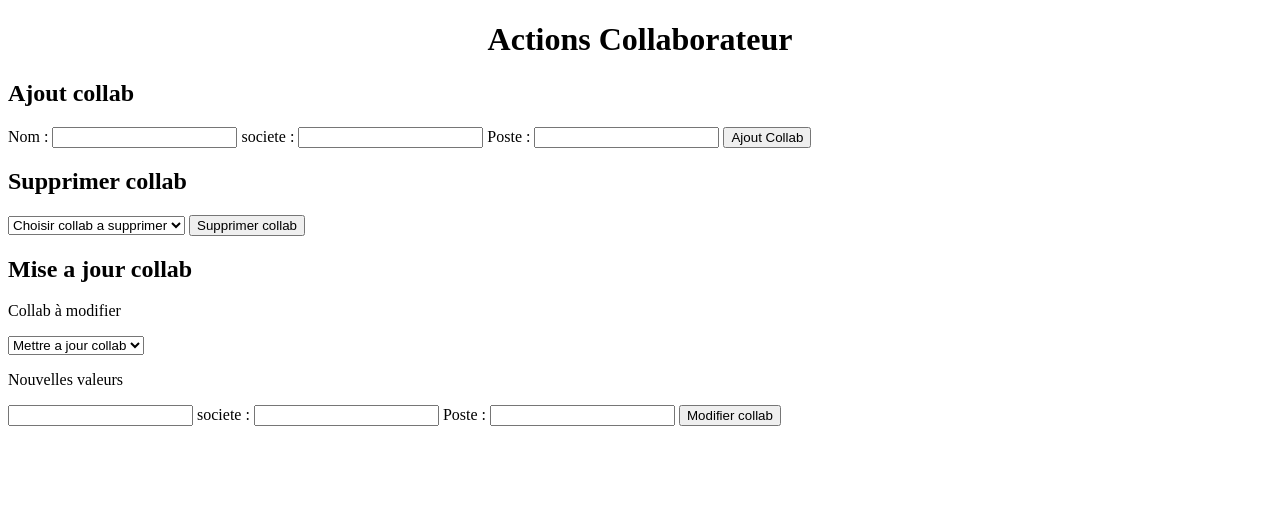
Repository: Shakibaei-2020/CRA_JEE_FINAL
Page: http://localhost/jee_crainfocom/WEB-INF/accueil.jsp
These files come from the project's save history. The page is drawn as it stood at one moment and after the next save; the edit follows.
The browser window is 1280 px wide. The pictures show the whole page.
The page is served by Tomcat 9. Nobody is signed in. Other server files are loaded and not shown. The template is opened directly, without the code that normally fills it, so the values that code supplies are empty.

Above is the page before, as saved 2021-03-25 14:17:10.

### CRA_JEE_FINAL/CRA_JEE_FINAL/jee_crainfocom/src/main/webapp/WEB-INF/accueil.jsp
<%@ page pageEncoding="UTF-8" %>
<%@ taglib uri="http://java.sun.com/jsp/jstl/core" prefix="c" %>
<!DOCTYPE html>
<html>
<head>
<meta charset="ISO-8859-1">
<title>Insert title here</title>
</head>
<body>
<center><h1>Actions Collaborateur</h1></center>

<h2>Ajout collab</h2>
 <form method="post" action="accueil">
            <label for="nomColl">Nom : </label>
            <input type="text" name="nomColl" id="nomColl" />

            <label for="societeColl">societe : </label>
            <input type="text" name="societeColl" id="societeColl" />

            <label for="posteColl">Poste : </label>
            <input type="text" name="posteColl" id="posteColl" />

            <input type="submit" value="Ajout Collab" />
        </form>

<c:if test="${ !empty nomColl }"><p><c:out value="Bonjour, vous vous appelez ${ nomColl } vous etes ${ posteColl }  chez ${ societeColl } " /></p></c:if>


 <h2>Supprimer collab</h2>

<form method="post" action="">
	<select name="pets" id="pet-select">
    	<option value="">Choisir collab a supprimer</option>
    	<option value="dog">Collab</option>
	</select>
<input type="submit" value="Supprimer collab" />
</form>


 <h2>Mise a jour collab</h2>
 <form method="post" action="">
 <p>Collab à modifier</p>
	<select name="pets" id="pet-select">
    	<option value="">Mettre a jour collab</option>
    	<option value="dog">Collab</option>
	</select>
	<p>Nouvelles valeurs</p>
	   <input type="text" name="nomColl" id="nomColl" />

            <label for="societeColl">societe : </label>
            <input type="text" name="societeColl" id="societeColl" />

            <label for="posteColl">Poste : </label>
            <input type="text" name="posteColl" id="posteColl" />


<input type="submit" value="Modifier collab" />
</form>








</body>
</html>

After the next save:
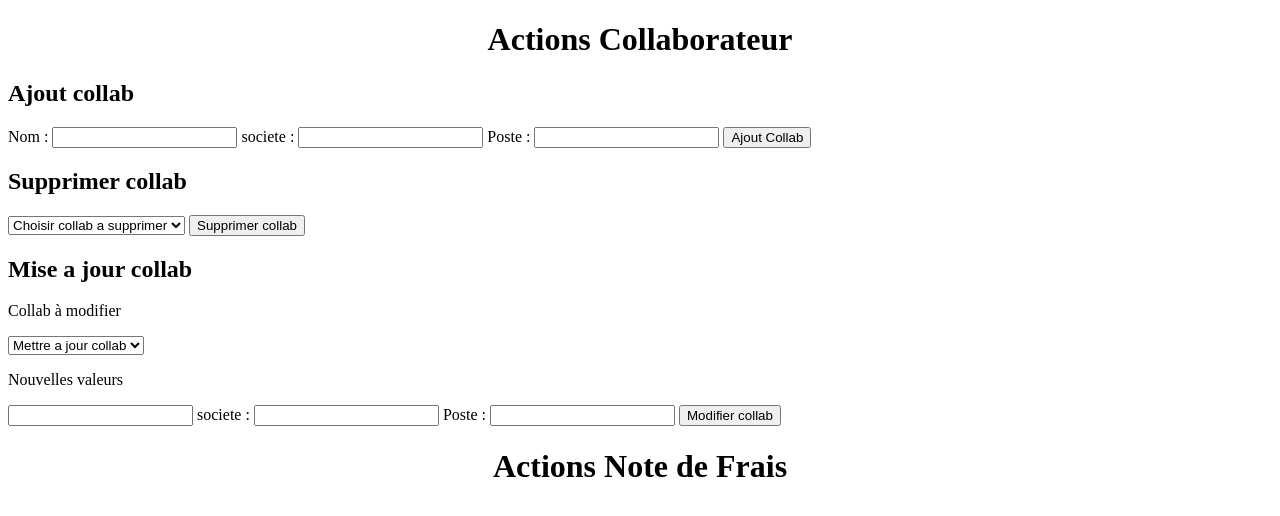
Saved 24 s later.
--- a/CRA_JEE_FINAL/CRA_JEE_FINAL/jee_crainfocom/src/main/webapp/WEB-INF/accueil.jsp
+++ b/CRA_JEE_FINAL/CRA_JEE_FINAL/jee_crainfocom/src/main/webapp/WEB-INF/accueil.jsp
@@ -57,6 +57,7 @@
 <input type="submit" value="Modifier collab" />
 </form>
 
+        <center><h1>Actions Note de Frais</h1></center>
 
 
 
